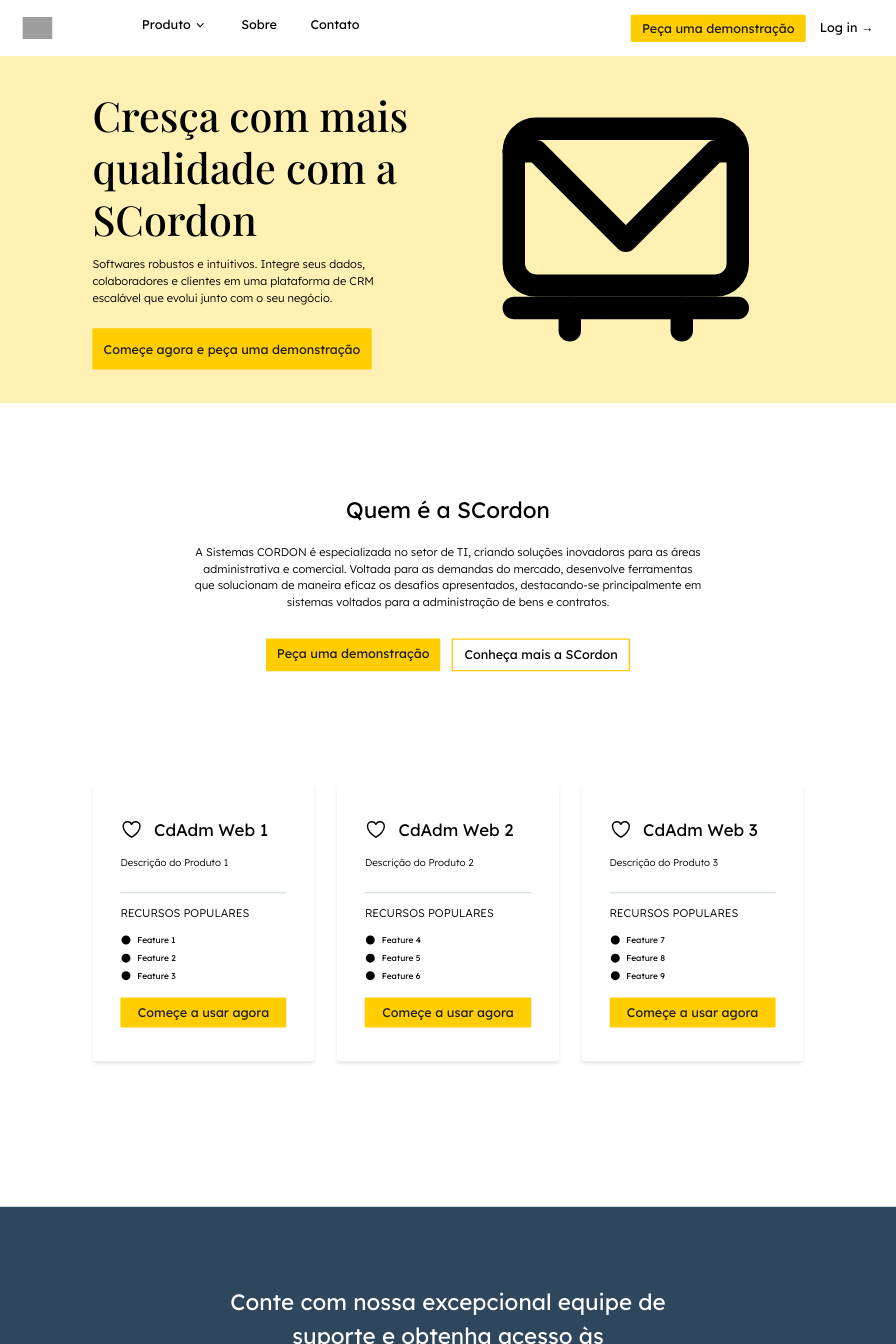
Repository: VereAbsolutum/site-institucional
Page: /
These files come from the project's save history. The page is drawn as it stood at one moment and after the next save; the edit follows.
The browser window is 1280 px wide. The pictures show the part of the page from y = 0 to 1920 px (the page is 3995 px tall), at 70% of full size.
Pictures or frames that could not be fetched are drawn as grey boxes. The project was rebuilt for these pictures with package versions that can differ from the ones it lists, and the page was loaded fresh each time. Also part of the build but not shown: vite.config.ts, src/presentation/components/buttons/button-border-primary.tsx, src/presentation/components/typography/heading3.tsx, src/presentation/components/tab/tab.tsx, src/presentation/components/tab/tab-painel.tsx, src/presentation/components/accordion/accordion.tsx, src/presentation/pages/product/product.tsx, src/presentation/pages/not-found/notFound.tsx.

Above is the page before, as saved 2023-04-16 19:39:28.

### src/App.tsx
import React from 'react'
import { BrowserRouter, Routes, Route } from "react-router-dom"
import { Home, NotFound, Product } from './presentation/pages'

const App: React.FC = () => {
  return (
    <BrowserRouter >
      <Routes>
        <Route path='/' element={<Home />} />
        <Route path='/cdAdmgrafico' element={<Product />} />
        <Route path='*' element={<NotFound />} />
      </Routes>
    </BrowserRouter>
  )
}

export default App

### src/index.css
@import url('https://fonts.googleapis.com/css2?family=Lexend+Deca:wght@300;400&family=Manrope:wght@800&family=Playfair+Display:wght@500&display=swap');

@tailwind base;
@tailwind components;
@tailwind utilities;

### src/presentation/pages/index.ts
export { default as Home } from './home/home'
export { default as Product } from './product/product'
export { default as NotFound } from './not-found/notFound'

### src/presentation/components/index.ts
export { default as Header } from './header/header'
export { default as Footer } from './footer/footers'

export { default as ButtonBase } from './buttons/button-base'
export { default as ButtonBorderPrimary } from './buttons/button-border-primary'
export { default as ButtonPrimary } from './buttons/button-primary'

export { default as LinkBase } from './links/link-base/link-base'
export { default as LinkPrimary } from './links/link-primary'
export { default as LinkBorderPrimary } from './links/link-border-primary'
export { default as LinkBorderWhite } from './links/link-border-white'

export { default as TextBase } from './typography/text-base'
export { default as TextDisplay } from './typography/display'
export { default as TextHeading1 } from './typography/heading1'
export { default as TextHeading2 } from './typography/heading2'
export { default as TextHeading3 } from './typography/heading3'
export { default as TextParagraph } from './typography/paragraph'
export { default as TextParagraphSmall } from './typography/paragraph-small'
export { default as TextCaption } from './typography/caption'
export { default as TextMenu } from './typography/menu'

export { default as Contact } from './forms/contact/contact'
export { default as FormInput } from './forms/input/input'

export { default as TabButton } from './tab/tab'
export { default as TabPanel } from './tab/tab-painel'

export { default as List } from './list/list'

export { default as GridItem } from './grid/grid-item'

export { default as Accordion } from './accordion/accordion'

### src/presentation/components/card/product-card.tsx
import { HeartIcon } from '@heroicons/react/24/outline';
import React from 'react';
import { LinkPrimary, List, TextCaption, TextParagraph, TextParagraphSmall } from '..';

export type ProductCardProps = {
    imageUrl: string;
    title: string;
    description: string;
    features: string[];
    ctaText: string;
    ctaHref: string;
};

const ProductCard: React.FC<ProductCardProps> = (cardContent: ProductCardProps) => {
    return (
        <div className="bg-white p-6 rounded shadow-md px-10 py-12 transform hover:scale-[1.02] duration-500 ease-in-out">
            <div className="flex flex-col">
                <div className="flex items-center mb-4">
                    <HeartIcon className="w-8 h-auto mr-4 text-blue-500" />
                    <h3 className="font-medium text-[24px]">{cardContent.title}</h3>
                </div>
                <div>
                    <p className="mb-8">
                        <TextParagraphSmall>
                            {/* Conheça a sua nova plataforma digital feita para fornecer todas as ferramentas necessárias para a administração da sua imobiliária. */}
                            {cardContent.description}
                        </TextParagraphSmall>
                    </p>
                    <div className='border-t-black border-t border-solid'>
                        <h4 className='my-4'>
                            <TextParagraph>
                                RECURSOS POPULARES
                            </TextParagraph>
                        </h4>
                        <List items={cardContent.features} />
                        <div className='mt-5'>
                            <LinkPrimary className="block text-center py-2" href={cardContent.ctaHref}>
                                Começe a usar agora
                            </LinkPrimary>
                        </div>
                    </div>
                </div>
            </div>
        </div>
    );
};

export default ProductCard;

### src/presentation/pages/home/components/index.ts
export * from './product-card-data'

### src/presentation/components/footer/footers.tsx
import React from 'react';
import { PhoneIcon, HomeIcon } from '@heroicons/react/20/solid';

const footer = () => {
    return (
        <footer className="bg-yellow-40 text-black py-6">
            <div className="container mx-auto py-4">
                <div>
                    <div className="flex justify-center items-center">
                        <span className="border-t-2 border-solid border-black flex-grow"></span>
                        <div className="flex justify-center mx-16">
                            <a href="#" className="mx-2">
                                <PhoneIcon className="w-6 h-6" />
                            </a>
                            <a href="#" className="mx-2">
                                <PhoneIcon className="w-6 h-6" />
                            </a>
                            <a href="#" className="mx-2">
                                <PhoneIcon className="w-6 h-6" />
                            </a>
                        </div>
                        <span className="border-t-2 border-solid border-black flex-grow"></span>
                    </div>

                    <div className="text-center">
                        <HomeIcon className="w-12 h-12 mx-auto mb-2" />
                        <p className="text-sm">&copy; {new Date().getFullYear()} Your Company. Todos os direitos reservados.</p>
                    </div>
                </div>
            </div>
        </footer>
    );
};

export default footer;

### src/presentation/components/buttons/button-base.tsx
import React, { ReactNode } from 'react'

export type ButtonProps = React.ButtonHTMLAttributes<HTMLButtonElement> & {
    children: ReactNode;
    className?: string;
};

const buttonBase: React.FC<ButtonProps> = ({ children, className, ...rest }) => {
    const baseClasses =
        'duration-500 ease-in-out hover:bg-yellow-40 font-semibold rounded-sm hover:bg-blue-700 focus:outline-none focus:ring-2 focus:ring-blue-400 focus:ring-opacity-75';

    return (
        <button className={`${baseClasses} ${className}`} {...rest}>
            {children}
        </button>
    );
};

export default buttonBase;

### src/presentation/components/buttons/button-primary.tsx
// FilledButton.tsx
import React from 'react';
import { ButtonBase } from '..';
import { ButtonProps } from './button-base';

const buttonPrimary: React.FC<ButtonProps> = ({ className, ...rest }) => {
    const baseClasses = 'px-4 py-1 bg-blue-500 bg-yellow hover:bg-blue-700 hover:bg-opacity-75 text-lg font-medium';

    return <ButtonBase className={`${baseClasses} ${className}`} {...rest} />;
};

export default buttonPrimary;

### src/presentation/components/links/link-base/link-base.tsx
import React from 'react';

export type LinkBaseProps = React.AnchorHTMLAttributes<HTMLAnchorElement> & {
    className?: string;
};

const linkBase: React.FC<LinkBaseProps> = ({ children, className, ...rest }) => {
    const baseClasses =
        'duration-500 ease-in-out font-semibold cursor-pointer rounded-sm focus:outline-none focus:ring-2 focus:ring-blue-400 focus:ring-opacity-75';

    return (
        <a className={`${baseClasses} ${className}`} {...rest}>
            {children}
        </a>
    );
};

export default linkBase;

### src/presentation/components/links/link-primary.tsx
// FilledButton.tsx
import React from 'react';
import { LinkBase } from '..';
import { LinkBaseProps } from './link-base/link-base';

const linkPrimary: React.FC<LinkBaseProps> = ({ className, ...rest }) => {
    const baseClasses = 'px-4 py-1 text-lg font-400 text-black duration-100 bg-yellow hover:bg-yellow-40';

    return <LinkBase className={`${baseClasses} ${className}`} {...rest} />;
};

export default linkPrimary;

### src/presentation/components/links/link-border-primary.tsx
// FilledButton.tsx
import React from 'react';
import { LinkBase } from '..';
import { LinkBaseProps } from './link-base/link-base';

const linkBorderPrimary: React.FC<LinkBaseProps> = ({ className, ...rest }) => {
    const baseClasses = 'px-4 py-1 hover:bg-yellow-40 duration-500 ease-in-out border border-solid border-2 border-yellow bg-transparent border text-blue-500';

    return <LinkBase className={`${baseClasses} ${className}`} {...rest} />;
};

export default linkBorderPrimary;

### src/presentation/components/links/link-border-white.tsx
// FilledButton.tsx
import React from 'react';
import { LinkBase } from '..';
import { LinkBaseProps } from './link-base/link-base';

const linkBorderWhite: React.FC<LinkBaseProps> = ({ className, ...rest }) => {
    const baseClasses = 'py-1 text-white bg-transparent hover:bg-white-40 border-2 border-white border';

    return <LinkBase className={`${baseClasses} ${className}`} {...rest} />;
};

export default linkBorderWhite;

### src/presentation/components/typography/text-base.tsx
import React from 'react';

export type TextBaseProps = React.HTMLAttributes<HTMLSpanElement> & {
    className?: string;
};

const textBase: React.FC<TextBaseProps> = ({ children, className, ...rest }) => {
    const baseClasses = '';

    return (
        <span className={`${baseClasses} ${className}`} {...rest}>
            {children}
        </span>
    );
};

export default textBase;

### src/presentation/components/typography/display.tsx
import React from 'react';
import { TextBase } from '..';
import { TextBaseProps } from './text-base';

const textDisplay: React.FC<TextBaseProps> = ({ children, className, ...rest }) => {
    const baseClasses = 'text-[2.25rem] lg:text-3xl sm:pr-2 font-medium leading-tight font-display';

    return (
        <TextBase className={`${baseClasses} ${className}`} {...rest}>
            {children}
        </TextBase>
    );
};

export default textDisplay;

### src/presentation/components/typography/heading1.tsx
import React from 'react';
import { TextBase } from '..';
import { TextBaseProps } from './text-base';

const textHeading1: React.FC<TextBaseProps> = ({ children, className, ...rest }) => {
    const baseClasses = 'text-2xl font-semibold';

    return (
        <TextBase className={baseClasses}>
            {children}
        </TextBase>
    );
};

export default textHeading1;

### src/presentation/components/typography/heading2.tsx
import React from 'react';
import { TextBase } from '..';
import { TextBaseProps } from './text-base';

const textHeading2: React.FC<TextBaseProps> = ({ children, className, ...rest }) => {
    const baseClasses = 'text-xxl font-semibold';

    return (
        <TextBase className={baseClasses}>
            {children}
        </TextBase>
    );
};

export default textHeading2;

### src/presentation/components/typography/paragraph.tsx
import React from 'react';
import { TextBase } from '..';
import { TextBaseProps } from './text-base';

const textParagraph: React.FC<TextBaseProps> = ({ children, className, ...rest }) => {
    const baseClasses = 'text-base font-300';

    return (
        <TextBase className={`${baseClasses} ${className}`} {...rest}>
            {children}
        </TextBase>
    );
};

export default textParagraph;

### src/presentation/components/typography/paragraph-small.tsx
import React from 'react';
import { TextBase } from '..';
import { TextBaseProps } from './text-base';

const textParagraphSmall: React.FC<TextBaseProps> = ({ children, className, ...rest }) => {
    const baseClasses = 'text-sm font-300';

    return (
        <TextBase className={baseClasses} {...rest}>
            {children}
        </TextBase>
    );
};

export default textParagraphSmall;

### src/presentation/components/typography/caption.tsx
import React from 'react';
import { TextBase } from '..';
import { TextBaseProps } from './text-base';

const textCapiton: React.FC<TextBaseProps> = ({ children, className, ...rest }) => {
    const baseClasses = 'text-xs font-500';

    return (
        <TextBase className={baseClasses} {...rest}>
            {children}
        </TextBase>
    );
};

export default textCapiton;

### src/presentation/components/typography/menu.tsx
import React from 'react';
import { TextBase } from '..';
import { TextBaseProps } from './text-base';

const textMenu: React.FC<TextBaseProps> = ({ children, className, ...rest }) => {
    const baseClasses = 'text-lg font-500';

    return (
        <TextBase className={`${baseClasses} ${className}`} {...rest}>
            {children}
        </TextBase>
    );
};

export default textMenu;

### src/presentation/components/forms/contact/contact.tsx
/*
  This example requires some changes to your config:

  ```
  // tailwind.config.js
  module.exports = {
    // ...
    plugins: [
      // ...
      require('@tailwindcss/forms'),
    ],
  }
  ```
*/
import { useState } from 'react'
import { ButtonPrimary, FormInput } from '../..'

function classNames(...classes: string[]) {
    return classes.filter(Boolean).join(' ')
}

const contact: React.FC = () => {
    const [agreed, setAgreed] = useState(false)

    return (
        <div className="isolate px-6 lg:px-8">
            <form action="#" method="POST" className="mx-auto max-w-xl">
                <div className="grid grid-cols-1 gap-x-8 gap-y-6 sm:grid-cols-2">
                    <FormInput cols={2} label="Nome" type="text" name="first-name" id="first-name" autoComplete="given-name" />
                    <FormInput cols={2} label="Sobrenome" type="text" name="last-name" id="last-name" autoComplete="family-name" />
                    <FormInput label="Empresa" type="text" name="company" id="company" autoComplete="organization" />
                    <FormInput label="Email" type="email" name="email" id="email" autoComplete="email" />
                    <FormInput label="Telefone" type="tel" name="phone-number" id="phone-number" autoComplete="tel" />
                    <FormInput rows={4} className='col-span-2' label="Message" type="textarea" name="message" id="message" />
                </div>

                <div className="mt-10">
                    <ButtonPrimary type='submit' className='py-3'>
                        Enviar a mensagem
                    </ButtonPrimary>
                </div>
            </form>
        </div>
    )
}

export default contact

### src/presentation/components/forms/input/input.tsx
import React, { ReactNode } from 'react';
import { TextCaption } from '../..';

interface FormInputProps {
    label: string;
    type: string;
    name: string;
    id: string;
    autoComplete?: string;
    className?: string;
    rows?: number;
    cols?: number;
    children?: ReactNode;
}

const FormInput: React.FC<FormInputProps> = ({
    label,
    type,
    name,
    id,
    autoComplete,
    className,
    rows,
    cols,
    children,
}) => (
    <div className={!cols ? 'sm:col-span-2' : ''}>
        <label htmlFor={id} className={`block text-sm font-semibold leading-6 text-gray-900`}>
            <TextCaption>
                {label}
            </TextCaption>
        </label>
        <div className="mt-2.5">
            {type === 'textarea' ? (
                <textarea
                    name={name}
                    id={id}
                    rows={rows}
                    className={`block w-full rounded-sm border-0 px-3.5 py-2 text-gray-900 shadow-sm ring-1 ring-inset ring-gray-300 placeholder:text-gray-400 focus:ring-2 focus:ring-inset focus:ring-indigo-600 sm:text-sm sm:leading-6 ${className}`}
                    defaultValue={''}
                />
            ) : (
                <input
                    type={type}
                    name={name}
                    id={id}
                    autoComplete={autoComplete}
                    className={`block w-full rounded-sm border-0 px-3.5 py-2 text-gray-900 shadow-sm ring-1 ring-inset ring-gray-300 placeholder:text-gray-400 focus:ring-2 focus:ring-inset focus:ring-indigo-600 sm:text-sm sm:leading-6 ${className}`}
                />
            )}
            {children}
        </div>
    </div>
);

export default FormInput;

### src/presentation/components/list/list.tsx
import React, { ReactNode } from 'react'
import { TextCaption } from '..'
import { Item } from './components'

export type ListProps = {
    items: string[]
}

const List: React.FC<ListProps> = ({ items }) => {
    return (
        <ul>
            {items && items.map((item, index) =>
                <Item key={index} value={item} />
            )}
        </ul>
    )
}

export default List

### src/presentation/components/grid/grid-item.tsx
import { HeartIcon } from "@heroicons/react/24/outline";
import { Children, ReactNode } from "react";
import { TextHeading1, TextParagraph } from "..";

export type GridItemProps = {
    index: number,
    className: string
}

const gridItem: React.FC<GridItemProps> = ({ index, className }) => {
    const borderClasses = () => {
        let classes = 'border-white border-opacity-30';

        if (index % 2 !== 0) {
            classes += ' border-l-2';
        }
        if (Math.floor(index / 2) !== 0) {
            classes += ' border-t-2 sm:border-t-0';
        }
        if (index % 4 !== 0 && index >= 2) {
            classes += ' md:border-l-2';
        }
        if (Math.floor(index / 4) !== 0) {
            classes += ' md:border-t-2';
        }

        return classes;
    };

    return (
        <div className={`flex flex-col items-center ${borderClasses()} ${className}`}>
            <p>
                <HeartIcon className="w-8 h-auto text-blue-500" />
            </p>
            <h3>
                <TextHeading1>11</TextHeading1>
            </h3>
            <p>
                <TextParagraph className="font-500">resolvidos</TextParagraph>
            </p>
        </div>
    );
};

export default gridItem

### src/presentation/pages/home/components/product-card-data.ts
import { ProductCardProps } from "../../../components/card/product-card";

export const productCardData: ProductCardProps[] = [
    {
        imageUrl: 'https://example.com/image1.jpg',
        title: 'CdAdm Web 1',
        description: 'Descrição do Produto 1',
        features: ['Feature 1', 'Feature 2', 'Feature 3'],
        ctaText: 'Começe a usar agora',
        ctaHref: '/get-started-1',
    },
    {
        imageUrl: 'https://example.com/image2.jpg',
        title: 'CdAdm Web 2',
        description: 'Descrição do Produto 2',
        features: ['Feature 4', 'Feature 5', 'Feature 6'],
        ctaText: 'Começe a usar agora',
        ctaHref: '/get-started-2',
    },
    {
        imageUrl: 'https://example.com/image3.jpg',
        title: 'CdAdm Web 3',
        description: 'Descrição do Produto 3',
        features: ['Feature 7', 'Feature 8', 'Feature 9'],
        ctaText: 'Começe a usar agora',
        ctaHref: '/get-started-3',
    },
];

### src/presentation/components/header/components/index.ts
export { default as MobileMenu } from './mobile-menu'
export { default as MainMenu } from './main-menu'

### src/presentation/components/list/components/index.ts
export { default as Item } from './item'

### src/presentation/components/list/components/item.tsx
import React, { ReactNode } from 'react';
import { TextCaption } from '../..';

export type Item = {
    value: ReactNode
}

const item: React.FC<Item> = ({ value }) => {
    return (
        <li className='list-none flex items-center mb-1'>
            <svg className="w-4 h-4 mr-2 text-green-500 h-[1.35rem]" viewBox="0 0 20 20" fill="currentColor">
                <path d="M10 18a8 8 0 100-16 8 8 0 000 16zm1-13a1 1 0 10-2 0v4a1 1 0 00.293.707l2.828 2.829a1 1 0 101.415-1.415L11 9.586V5z"></path>
            </svg>
            <TextCaption>
                {value}
            </TextCaption>
        </li>
    );
};

export default item;

Loaded but not shown: index.html (common file); src/main.tsx (common file); tailwind.config.js (59 lines, source omitted); src/presentation/pages/home/home.tsx (180 lines, source omitted); src/presentation/components/header/components/mobile-menu.tsx (118 lines, source omitted); src/presentation/components/header/components/main-menu.tsx (79 lines, source omitted); src/presentation/components/header/header.tsx (86 lines, source omitted)

After the next save:
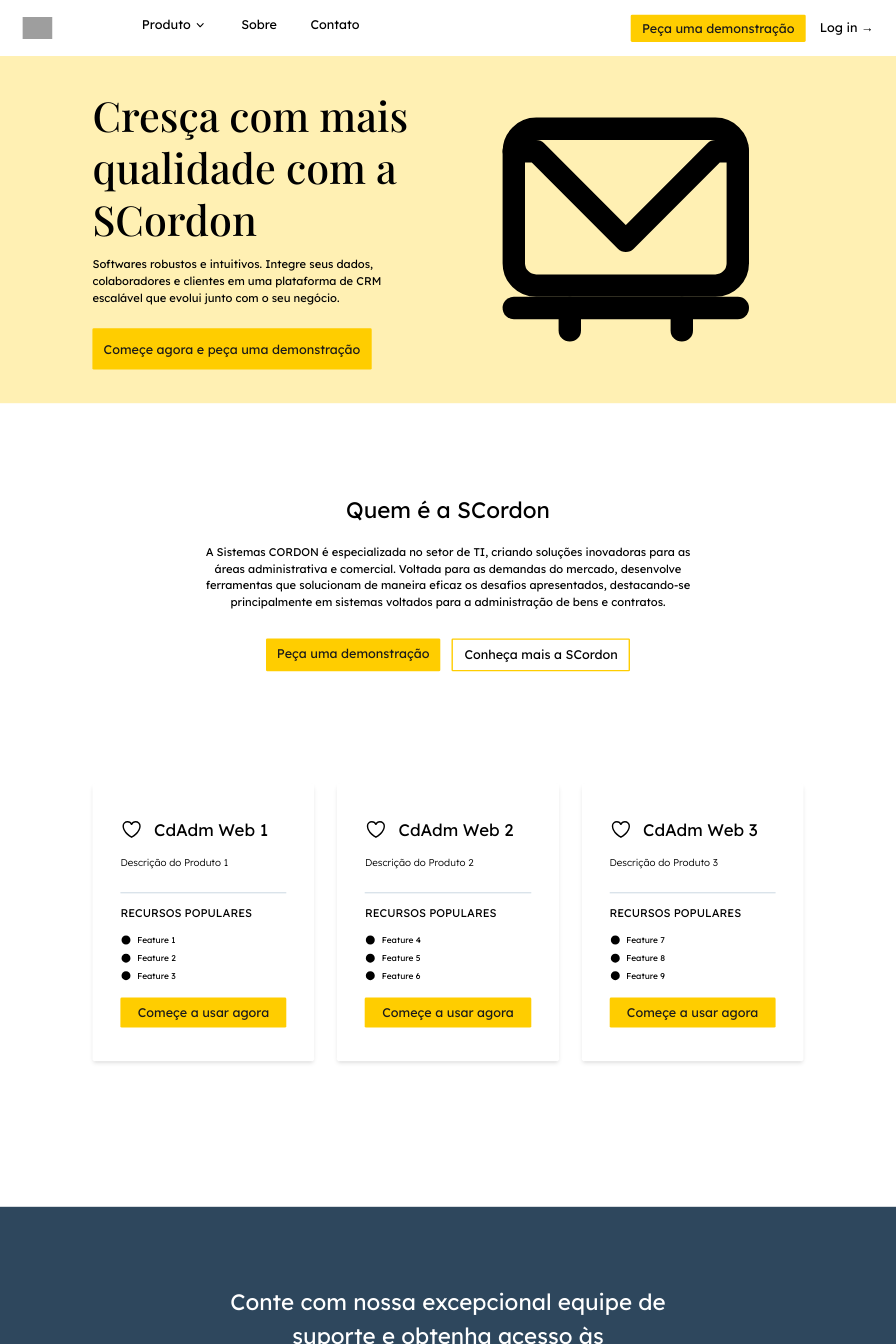
Saved 57 s later.
--- a/src/presentation/components/typography/paragraph.tsx
+++ b/src/presentation/components/typography/paragraph.tsx
@@ -3,7 +3,7 @@ import { TextBase } from '..';
 import { TextBaseProps } from './text-base';
 
 const textParagraph: React.FC<TextBaseProps> = ({ children, className, ...rest }) => {
-    const baseClasses = 'text-base font-300';
+    const baseClasses = 'text-base';
 
     return (
         <TextBase className={`${baseClasses} ${className}`} {...rest}>
